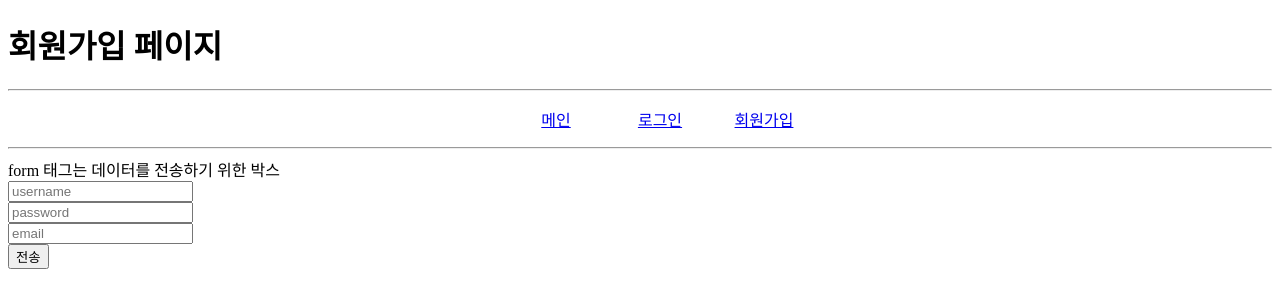
Repository: design-view/jsp-work
Page: http://localhost/cos/join.jsp
The author's editor kept a copy of each file at every save. The page is drawn from the files as they stood at one save, then again after the next save.
The browser window is 1280 px wide. The pictures show the whole page.
The page is served by Tomcat 9.

Above is the page before, as saved 2020-08-22 02:52:11.

After the next save:
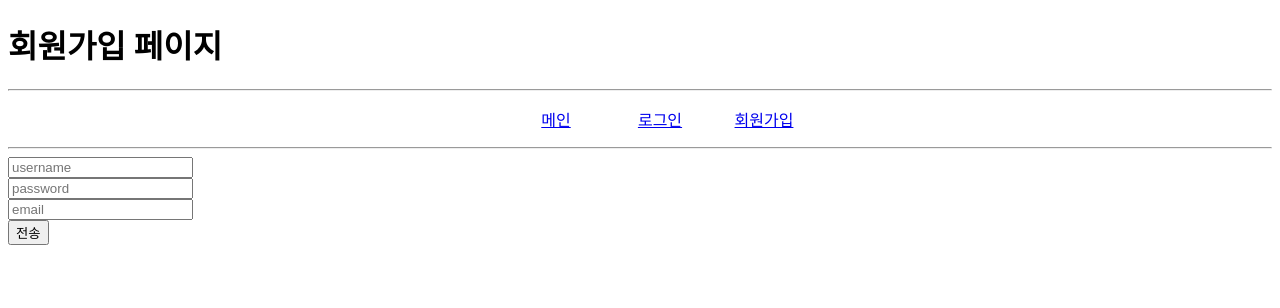
Saved 12 min 46 s later.
--- a/cos/WebContent/join.jsp
+++ b/cos/WebContent/join.jsp
@@ -21,12 +21,12 @@
 		<li><a href="join.jsp">회원가입</a></li>
 	</ul>
 	<hr/>
-	form 태그는 데이터를 전송하기 위한 박스
+	<!-- form 태그는 데이터를 전송하기 위한 박스   -->
 	<form action="joinProc.jps" >
 		<input type="text" name="username" placeholder="username" /><br/>
 		<input type="password" name="password" placeholder="password"/><br/>
 		<input type="email" name="email" placeholder="email"/><br/>
-		<button type="submit">전송</button>
+		<button>전송</button>
 	</form>
 </body>
 </html>
